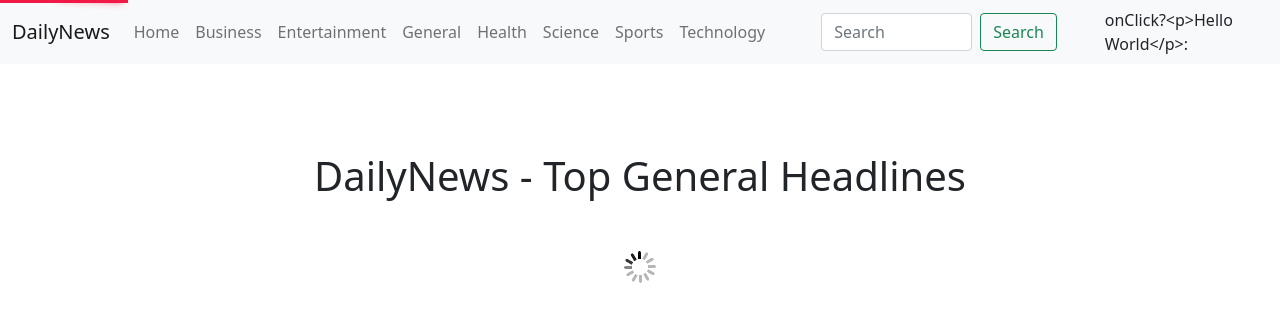
Repository: Bikki084/Daily_News
Page: /
The author's editor kept a copy of each file at every save. The page is drawn from the files as they stood at one save, then again after a run of saves.
The browser window is 1280 px wide. The pictures show the whole page.
The page's requests for data from a server got no answer. The project was rebuilt for these pictures with package versions that can differ from the ones it lists, and the page was loaded fresh each time. No one was signed in, and anything a server would have sent is missing. Also part of the build but not shown: src/App.css, src/components/NewsItem.js.

Above is the page before, as saved 2021-12-22 02:41:52.

After the next 3 saves:
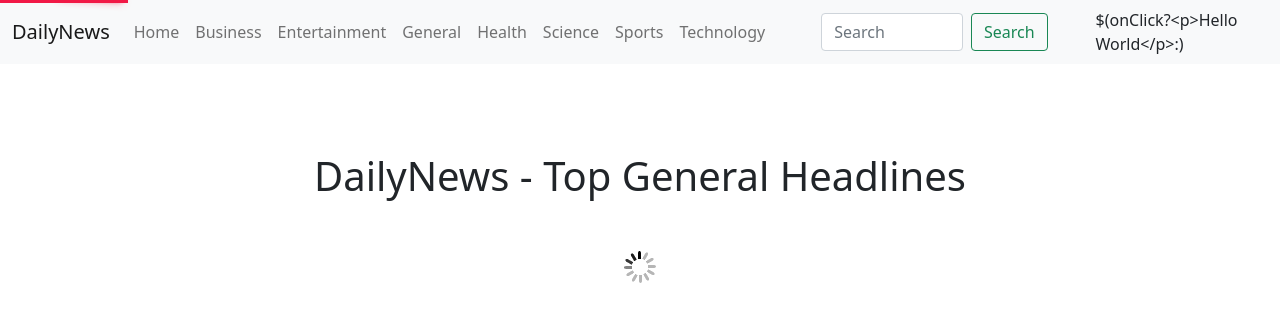
The 3 saves are shown as one change because they came seconds apart.
The last was saved 12 s later.
--- a/src/components/Search.js
+++ b/src/components/Search.js
@@ -23,7 +23,7 @@ const Search = () => {
             </form>
 
         </div>
-          {`onClick?<p>Hello World</p>:`}
+          {`$(onClick?<p>Hello World</p>:)`}
         <div>
 
         </div>
